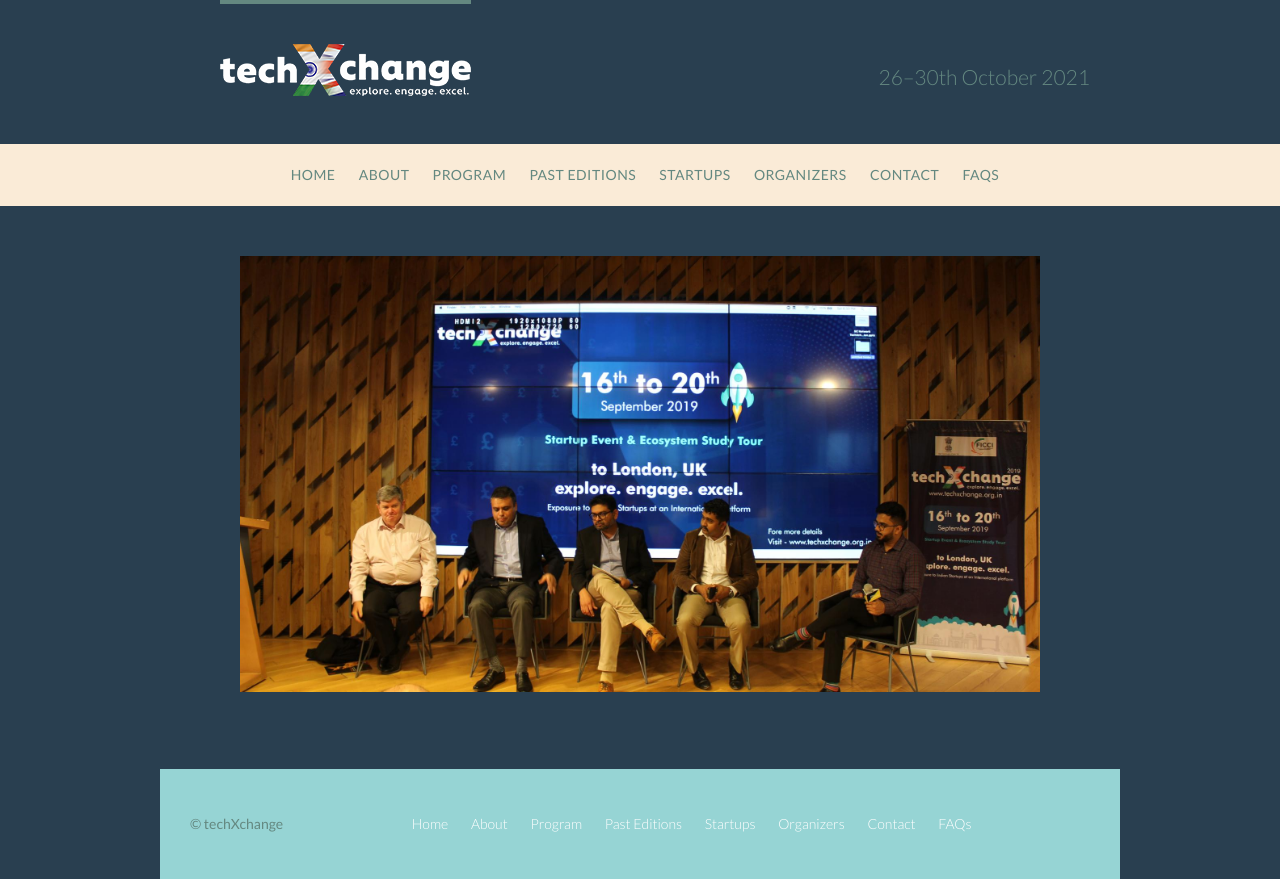
Repository: srush-shah/techXchange
Page: index.html
The author's editor kept a copy of each file at every save. The page is drawn from the files as they stood at one save, then again after a run of saves.
The browser window is 1280 px wide. The pictures show the whole page.

Above is the page before, as saved 2021-07-16 04:38:04.

### index.html
<!DOCTYPE html>
<html lang="en">
  <head>
    <meta charset="utf-8" />
    <title>techXchange: A bridge for growth</title>
    <link rel="stylesheet" type="text/css" href="assets/stylesheets/main.css" />
    <link rel="preconnect" href="https://fonts.gstatic.com" />
    <link
      href="https://fonts.googleapis.com/css2?family=Lato:ital,wght@0,100;0,300;0,400;1,100;1,300;1,400&display=swap"
      rel="stylesheet"
    />
  </head>
  <body>
    <header class="primary-header container group">
      <section class="container">
        <h1 class="logo">
          <a href="index.html">
            <img
              src="assets/images/techxchange-logo.png"
              alt="techXchange logo"
            />
          </a>
        </h1>
      </section>
      <h3 class="tagline">26&ndash;30th October 2021</h3>
      <section>
        <a
          class="instagram"
          href="https://www.instagram.com/techxchange2020/"
          title="Instagram"
          target="_blank"
          ><span><i class="fab fa-instagram"></i></span
        ></a>
        <a
          class="facebook"
          href="https://www.facebook.com/Techxchange2020/"
          title="Follow us on Facebook"
          target="_blank"
          ><span><i class="fab fa-facebook"></i></span
        ></a>
        <a
          class="twitter"
          href="https://twitter.com/techXchange2020"
          title="Twitter"
          target="_blank"
          ><span><i class="fab fa-twitter"></i></span
        ></a>
        <a
          class="linkedin"
          href="https://www.linkedin.com/company/techxchange2020/"
          title="LinkedIn"
          target="_blank"
          ><span><i class="fab fa-linkedin"></i></span
        ></a>
      </section>
    </header>
    <nav class="nav primary-nav">
      <ul>
        <li><a href="index.html">Home</a></li>
        <!--
            -->
        <li><a href="#about">About</a></li>
        <!--
            -->
        <li><a href="#program">Program</a></li>
        <!--
            -->
        <li><a href="#past_edits">Past Editions</a></li>
        <!--
            -->
        <li><a href="startups.html">Startups</a></li>
        <!--
            -->
        <li><a href="#organizers">Organizers</a></li>
        <!--
            -->
        <li><a href="#contact">Contact</a></li>
        <!--
            -->
        <li><a href="#faqs">FAQs</a></li>
        <!--
            -->
      </ul>
    </nav>
    <!-- Slideshow container -->
    <div class="slideshow-container">
      <!-- Full-width images with number and caption text -->
      <div class="mySlides fade">
        <img src="assets/images/banner01.jpg" style="width: 100%" />
      </div>

      <div class="mySlides fade">
        <img
          src="assets/images/banner02.jpg"
          style="width: 100%; background-color: antiquewhite"
        />
      </div>

      <div class="mySlides fade">
        <img src="assets/images/banner03.jpg" style="width: 100%" />
      </div>
    </div>
    <br />
    <footer class="primary-footer container group">
      <small>&copy; techXchange</small>
      <nav class="nav">
        <ul>
          <li><a href="index.html">Home</a></li>
          <!--
              -->
          <li><a href="#about">About</a></li>
          <!--
              -->
          <li><a href="#program">Program</a></li>
          <!--
              -->
          <li><a href="#past_edits">Past Editions</a></li>
          <!--
              -->
          <li><a href="startups.html">Startups</a></li>
          <!--
              -->
          <li><a href="#organizers">Organizers</a></li>
          <!--
              -->
          <li><a href="#contact">Contact</a></li>
          <!--
              -->
          <li><a href="#faqs">FAQs</a></li>
          <!--
              -->
        </ul>
      </nav>
    </footer>
    <script src="assets/js/carousel.js"></script>
  </body>
</html>

### assets/stylesheets/main.css
x/* http://meyerweb.com/eric/tools/css/reset/ 2. v2.0 | 20110126
  License: none (public domain)
*/

html, body, div, span, applet, object, iframe,
h1, h2, h3, h4, h5, h6, p, blockquote, pre,
a, abbr, acronym, address, big, cite, code,
del, dfn, em, img, ins, kbd, q, s, samp,
small, strike, strong, sub, sup, tt, var,
b, u, i, center,
dl, dt, dd, ol, ul, li,
fieldset, form, label, legend,
table, caption, tbody, tfoot, thead, tr, th, td,
article, aside, canvas, details, embed,
figure, figcaption, footer, header, hgroup,
menu, nav, output, ruby, section, summary,
time, mark, audio, video {
  margin: 0;
  padding: 0;
  border: 0;
  font-size: 100%;
  font: inherit;
  vertical-align: baseline;
}
/* HTML5 display-role reset for older browsers */
article,
aside,
details,
figcaption,
figure,
footer,
header,
hgroup,
menu,
nav,
section {
  display: block;
}
body {
  line-height: 1;
}
ol,
ul {
  list-style: none;
}
blockquote,
q {
  quotes: none;
}
blockquote:before,
blockquote:after,
q:before,
q:after {
  content: "";
  content: none;
}
table {
  border-collapse: collapse;
  border-spacing: 0;
}

/*
  ========================================
  Custom styles
  ========================================
*/

body {
  background: #293f50;
  color: #888;
  font: 300 16px/22px "Lato", "Open Sans", "Helvetica Neue", Helvetica, Arial,
    sans-serif;
}

/*
  ========================================
  Grid
  ========================================
*/

*,
*:before,
*:after {
  -webkit-box-sizing: border-box;
  -moz-box-sizing: border-box;
  box-sizing: border-box;
}

.container {
  margin: 0 auto;
  padding-left: 30px;
  padding-right: 30px;
  width: 960px;
}

.col-1-3 {
  width: 33.33%;
}

.col-2-3 {
  width: 66.66%;
}

.col-1-3,
.col-2-3 {
  display: inline-block;
  vertical-align: top;
}

.grid,
.col-1-3,
.col-2-3 {
  padding-left: 15px;
  padding-right: 15px;
}

.container,
.grid {
  margin: 0 auto;
  width: 960px;
}

.container {
  padding-left: 30px;
  padding-right: 30px;
}

/*
  ========================================
  Clearfix
  ========================================
*/

.group:before,
.group:after {
  content: " ";
  display: table;
}

.group:after {
  clear: both;
}

.group {
  clear: both;
  *zoom: 1;
}

/*
  ========================================
  Rows
  ========================================
*/

.row,
.row-alt {
  min-width: 960px;
}
.row {
  background: #fff;
  padding: 66px 0 44px 0;
}
.row-alt {
  background: #cbe2c1;
  background: -webkit-linear-gradient(to right, #a1d3b0, #f6f1d3);
  background: -moz-linear-gradient(to right, #a1d3b0, #f6f1d3);
  background: linear-gradient(to right, #a1d3b0, #f6f1d3);
  padding: 44px 0 22px 0;
}

/*
  ========================================
  Typography
  ========================================
*/

h1,
h3,
h4,
h5,
p {
  margin-bottom: 22px;
}

h1,
h2,
h3,
h4 {
  color: #648880;
}

h1 {
  font-size: 36px;
  line-height: 44px;
}

h2 {
  font-size: 24px;
  line-height: 44px;
}

h3 {
  font-size: 21px;
}

h4 {
  font-size: 18px;
}

h5 {
  color: #a9b2b9;
  font-size: 14px;
  font-weight: 400;
  text-transform: uppercase;
}

strong {
  font-weight: 400;
}

cite,
em {
  font-style: italic;
}

/*
  ========================================
  Leads
  ========================================
*/

.lead {
  text-align: center;
}
.lead p {
  font-size: 21px;
  line-height: 33px;
}

/*
  ========================================
  Buttons
  ========================================
*/

.btn {
  border-radius: 5px;
  color: #fff;
  cursor: pointer;
  display: inline-block;
  font-weight: 400;
  letter-spacing: 0.5px;
  margin: 0;
  text-transform: uppercase;
}
.btn-alt {
  border: 1px solid #fff;
  padding: 10px 30px;
}
.btn-alt:hover {
  background: #fff;
  color: #648880;
}
.btn-default {
  border: 0;
  background: #648880;
  padding: 11px 30px;
  font-size: 14px;
}
.btn-default:hover {
  background: #77a198;
}

/*
  ========================================
  Home
  ========================================
*/

.hero {
  color: #fff;
  line-height: 44px;
  padding: 22px 80px 66px 80px;
  text-align: center;
}

.hero h2 {
  font-size: 36px;
}

.hero p {
  font-size: 24px;
  font-weight: 100;
}

.teaser a:hover h3 {
  color: #a9b2b9;
}
.teaser img {
  border-radius: 5px;
  display: block;
  margin-bottom: 22px;
  max-width: 100%;
}

/*
  ========================================
  Primary header
  ========================================
*/

.logo {
  border-top: 4px solid #648880;
  float: left;
  font-size: 48px;
  font-weight: 100;
  letter-spacing: 0.5px;
  line-height: 44px;
  padding: 40px 0 22px 0;
  text-transform: uppercase;
}

.tagline {
  margin: 66px 0 22px 0;
  text-align: right;
}

.primary-nav {
  font-size: 14px;
  font-weight: 400;
  letter-spacing: 0.5px;
  text-transform: uppercase;
  background-color: antiquewhite;
  padding: 20px;
}

/*
  ========================================
  Primary footer
  ========================================
*/
.primary-footer {
  color: #648880;
  font-size: 14px;
  padding-bottom: 44px;
  padding-top: 44px;
  background-color: rgb(150, 212, 212);
}

.primary-footer small {
  float: left;
  font-weight: 400;
}

/*
  ========================================
  Links
  ========================================
*/

a:hover {
  color: #a9b2b9;
}

a {
  color: #648880;
  text-decoration: none;
}

p a {
  border-bottom: 1px solid #dfe2e5;
}

.primary-header a,
.primary-footer a {
  color: #fff;
}

.primary-header a:hover,
.primary-footer a:hover {
  color: #648880;
}

/*
  ========================================
  Navigation
  ========================================
*/

.nav {
  text-align: center;
}
.nav li {
  display: inline-block;
  margin: 0 10px;
  vertical-align: top;
}
.nav li:last-child {
  margin-right: 0;
}

/*
  ========================================
  Carousel
  ========================================
*/

/* Slideshow container */
.slideshow-container {
  max-width: 800px;
  position: relative;
  margin: 50px auto;
}

/* Hide the images by default */
.mySlides {
  display: none;
}

/* Fading animation */
.fade {
  -webkit-animation-name: fade;
  -webkit-animation-duration: 5s;
  animation-name: fade;
  animation-duration: 5s;
}

@-webkit-keyframes fade {
  from {
    opacity: 0.4;
  }
  to {
    opacity: 1;
  }
}

@keyframes fade {
  from {
    opacity: 0.4;
  }
  to {
    opacity: 1;
  }
}

### assets/js/carousel.js
var slideIndex = 0;
showSlides();

function showSlides() {
  var i;
  var slides = document.getElementsByClassName("mySlides");
  for (i = 0; i < slides.length; i++) {
    slides[i].style.display = "none";
  }
  slideIndex++;
  if (slideIndex > slides.length) {
    slideIndex = 1;
  }
  slides[slideIndex - 1].style.display = "block";
  setTimeout(showSlides, 10000); // Change image every 10 seconds
}

After the next 2 saves:
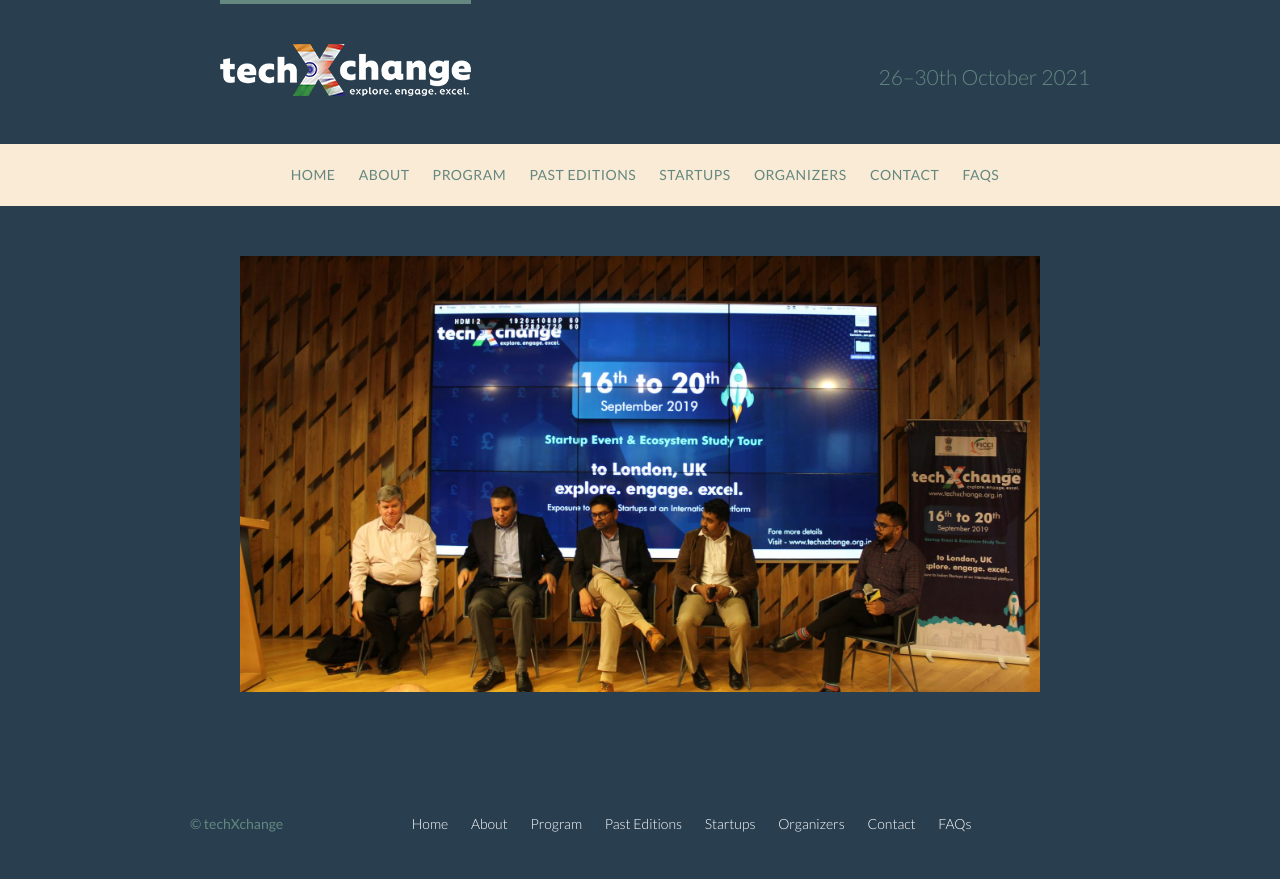
The 2 saves are shown as one change because they came seconds apart.
The last was saved 20 s later.
--- a/assets/stylesheets/main.css
+++ b/assets/stylesheets/main.css
@@ -344,7 +344,7 @@
   font-size: 14px;
   padding-bottom: 44px;
   padding-top: 44px;
-  background-color: rgb(150, 212, 212);
+  background-color: ;
 }
 
 .primary-footer small {
